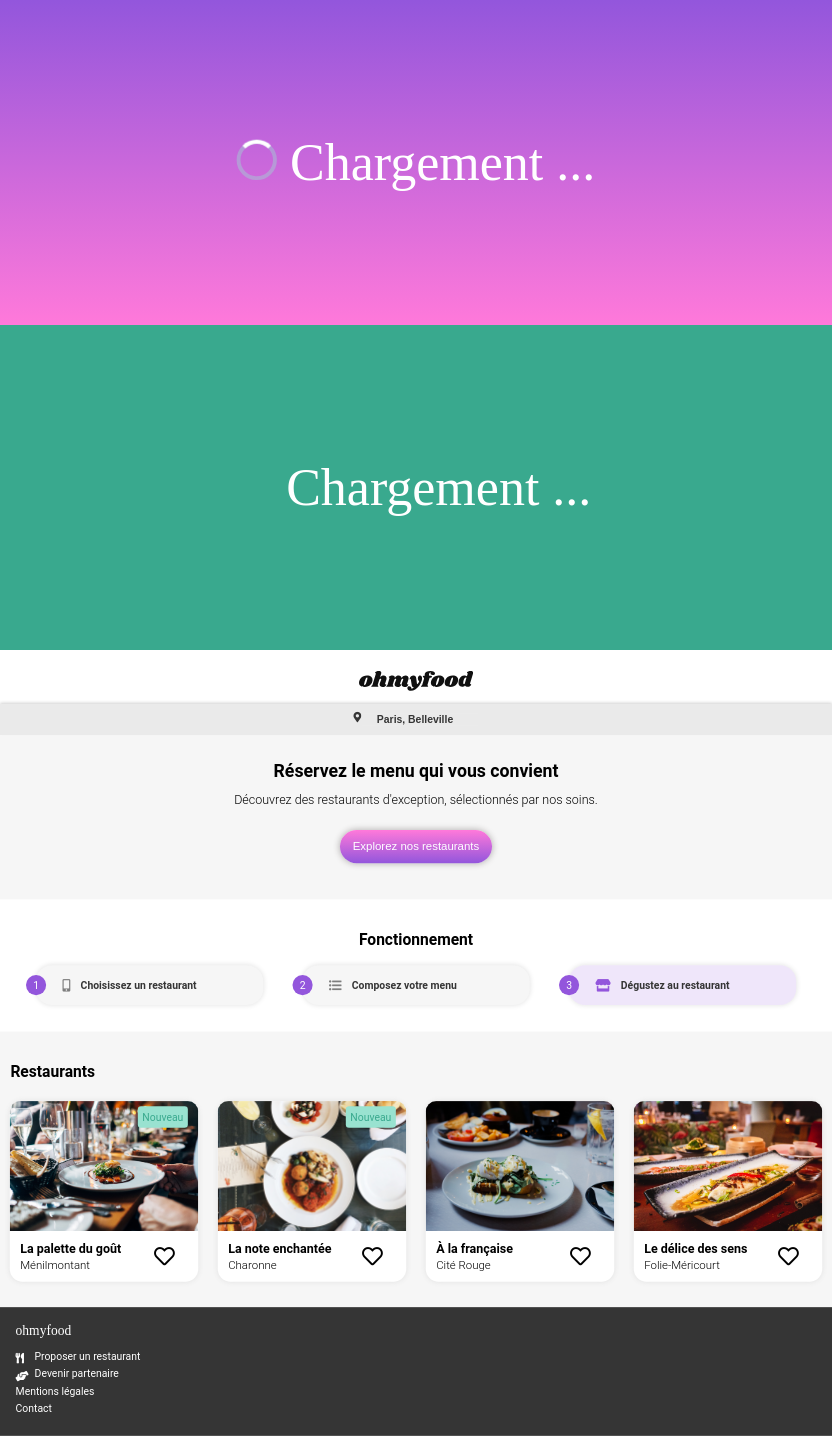
Repository: AlexisTisserand/AlexisTisserand_3_24112020
Page: index.html
The author's editor kept a copy of each file at every save. The page is drawn from the files as they stood at one save, then again after the next save.
The browser window is 1280 px wide. The pictures show the whole page, at 65% of full size.
Some web libraries are served in a nearby version. The style sheet was rebuilt from its Sass, Less or Tailwind sources for each picture, by a compiler version that may differ from the author's.

Above is the page before, as saved 2020-12-09 15:27:08.

### index.html
<!DOCTYPE html>
<html lang="fr">

<head>
    <meta charset="UTF-8"/>
    <meta name="viewport" content="width=device-width, initial-scale=1">
    <meta name="descritpion" content="Site internet ohmyfood, composez votre menu et réservez dans les meilleurs restaurants de Paris.">
    <meta name="author" content="Alexis Tisserand">
    <link rel="stylesheet" href="https://use.fontawesome.com/releases/v5.4.1/css/all.css" integrity="sha384-5sAR7xN1Nv6T6+dT2mhtzEpVJvfS3NScPQTrOxhwjIuvcA67KV2R5Jz6kr4abQsz" crossorigin="anonymous">
    <link rel="stylesheet" href="style.css"/>
    <title>ohmyfood - Accueil</title>
</head>

<!--bloc_page-->
<body>

<!--LOADING SPINNER-->
<section class="section">
    <span class="loader loader-quart"></span>
    Chargement ...
</section>
<section class="section section-2">
    <span class="loader loader-double"></span>
    Chargement ...
</section>



<div id="bloc-page">

<!--HEADER-->

<header>

    <div class="logo">
        <img src="images/logo/ohmyfood@2x.svg" alt="Logo ohmyfood"/>
    </div>
    <div class="search-bar">
        <div class="search-bar-button"><i class="fas fa-map-marker-alt"></i></div>
        <input type="search" class="search-bar-text-input" placeholder="Saisissez votre ville" value="Paris, Belleville">
    </div>
</header>

<section id="description-ohmyfood">
    <h2>Réservez le menu qui vous convient</h2>
    <h3>Découvrez des restaurants d'exception, sélectionnés par nos soins.</h3>
    <button class="description-ohmyfood-explorer" type="button">Explorez nos restaurants</button>
</section>

<section id="fonctionnement">
    <h2>Fonctionnement</h2>
    <nav>
        <ul class="fonctionnement-nav">
            <li class="fonctionnement-nav-etape ">
                <span>1</span>
                <i class="fas fa-mobile-alt"></i>
                <h4>Choisissez un restaurant</h4>
            </li>
            <li class="fonctionnement-nav-etape ">
                <span>2</span>
                <i class="fas fa-list-ul"></i>
                <h4>Composez votre menu</h4>
            </li>
            <li class="fonctionnement-nav-etape active">
                <span>3</span>
                <i class="fas fa-store"></i>
                <h4>Dégustez au restaurant</h4>
            </li>
        </ul>
    </nav>
</section>

<section id="restaurants">

        <h2>Restaurants</h2>

        <a href="menu-la-palette-du-gout.html" class="card-restaurant">
            <img class="card-restaurant-img" src="images/restaurants/la_palette_du_gout-min.jpg" alt="La Palette du Goût"/>
            <div class="card-restaurant-nouveau">Nouveau</div>
            <div class="card-restaurant-legende">
                <div class="card-restaurant-legende-text">
                    <h4>La palette du goût</h4>
                    <h5>Ménilmontant</h5>
                </div>
                <div class="card-restaurant-legende-heart">
                    <span class="fa-stack">
                        <i class="far fa-heart fa-stack-2x"></i>
                    </span>
                </div>
            </div>
        </a>

        <a href="menu-la-note-enchantee.html" class="card-restaurant">
            <img class="card-restaurant-img" src="images/restaurants/la_note_enchantee-min.jpg" alt="La Note Enchantée"/>
            <div class="card-restaurant-nouveau">Nouveau</div>
            <div class="card-restaurant-legende">
                <div class="card-restaurant-legende-text">
                    <h4>La note enchantée</h4>
                    <h5>Charonne</h5>
                </div>
                <div class="card-restaurant-legende-heart">
                    <span class="fa-stack">
                        <i class="far fa-heart fa-stack-2x"></i>
                    </span>
                </div>
            </div>
        </a>

        <a href="menu-a-la-francaise.html" class="card-restaurant">
            <img class="card-restaurant-img" src="images/restaurants/a_la_française-min.jpg" alt="À La Française"/>
            <div class="card-restaurant-legende">
                <div class="card-restaurant-legende-text">
                    <h4>À la française</h4>
                    <h5>Cité Rouge</h5>
                </div>
                <div class="card-restaurant-legende-heart">
                    <span class="fa-stack">
                        <i class="far fa-heart fa-stack-2x"></i>
                    </span>
                </div>
            </div>
        </a>

        <a href="menu-le-delice-des-sens.html" class="card-restaurant">
            <img class="card-restaurant-img" src="images/restaurants/le_delice_des_sens-min.jpg" alt="Le Délice Des Sens"/>
            <div class="card-restaurant-legende">
                <div class="card-restaurant-legende-text">
                    <h4>Le délice des sens</h4>
                    <h5>Folie-Méricourt</h5>
                </div>
                <div class="card-restaurant-legende-heart">
                    <span class="fa-stack">
                        <i class="far fa-heart fa-stack-2x"></i>
                    </span>
                </div>
            </div>
        </a>
</section>

</div>

<footer>
    <h2>ohmyfood</h2>
    <div class="footer-img-text">
        <i class="fas fa-utensils"></i>
        <a href="#"><h3>Proposer un restaurant</h3></a>
    </div>
    <div class="footer-img-text">
        <i class="fas fa-hands-helping"></i>
        <a href="#"><h3>Devenir partenaire</h3></a>
    </div>
    <a href="#"><h3>Mentions légales</h3></a>
    <a href="mailto:ohmyfood@outlook.com"><h3>Contact</h3></a>
</footer>


</body>
</html>

### sass/style.scss
/*COULEURS VARIABLES*/
$primary: #9356DC;
$secondary: #FF79DA;
$tertiary: #99E2D0;
$color-text: #353535;
$color-background: #f6f6f6;
$color-box-shadow :#e5e5e5;

/*VARIABLES TAILLE ET FONT FAMILY*/
$font-family: 'roboto', 'Raleway', 'Trebuchet MS', 'Lucida Sans Unicode', 'Lucida Grande', 'Lucida Sans', Arial, sans-serif;;
$size: 1rem;

/*Extensions*/
.box-shadow{
    box-shadow: 0px 0px 8px 1px $color-box-shadow;
    color: $color-text;
    border: none;
    border-radius: 25px;
    width: 350px;
    background-color: $color-background;
}

.margin-plats{
    margin: 0.5rem 0 0rem 0.9rem;
}

.cercle{
    background-color: $primary;
    color: white;
    padding: 8px;
    border-radius: 50px;
    margin-right: 25px;
    margin-left: -15px;
    width: 15px;
    height: 15px;
    text-align: center;
    align-content: center;
    font-size: $size;
    line-height: 15px;
    font-weight: light;
}

/*Loading spinner*/
.section{
    background: linear-gradient($primary, $secondary);
    height: 500px;
    line-height: 500px;
    text-align: center;
    color: white;
    font-size: 5rem;
    font-family: 'Shrikhand';
}
.section-2{
    background: #39a98e;
}
/*Loader simple*/
.loader{
    width: 50px;
    height: 50px;
    display: inline-block;
    position: relative;
    &-quart{
        border-radius: 50px;
        border: 6px solid rgba($color: $tertiary, $alpha: 0.4);
        &::after{
            content: "";
            position: absolute;
            top: -6px;
            left: -6px;
            bottom: -6px;
            right: -6px;
            border: 6px solid transparent;
            border-radius: 50px;
            border-top: 6px solid white ;
            animation: spin 1s linear infinite;
            -webkit-animation: spin 1s linear infinite;
        }
    }
}

/*loader cercle*/
.loader{
    &-circles{
        border-radius: 50px;
        border: 6px solid transparent;
        border-top-color: white ;
        animation: spin 1s linear infinite;
        -webkit-animation: spin 1s linear infinite;
}

}

/*KEYFRAMES*/

@keyframes spin{
    from{
        transform: rotate(0deg);
    }
    to{
        transform: rotate(360deg);;
    }
}

@keyframes fadein{
    from{
        opacity: 0.4;
    }
    to{
        opacity: 1;
    }
}

body{
    background-color: white;
    font-family: $font-family;
    margin: auto;
}

a{
    text-decoration: none;
    color: black;
}

#bloc-page{
    width: 100%;
    margin: auto;
    max-width: 2000px;
    min-width: 100px;
}

/*HEADER*/

header{
    text-align: center;
    .logo{
        margin-top: $size + 1rem;
        img{
            width: $size + 10rem;
        }
    }
}

.search-bar{
    display: flex;
    background-color: #EAEAEA;
    box-shadow: 0px -2px 5px 0px #CFCFCF;
    height: $size + 2rem;
    margin-top: 1rem;
    align-items: center;
    justify-content: center;
    .fas{
        font-size: $size;
        margin-bottom: 1rem;
    }
    .search-bar-button{
        color: $color-text;
        font-size: $size + 0.5rem;
    }
    .search-bar-text-input{
        outline: none;
        padding: 0;
        background-color: #EAEAEA;
        border: none;
        color: $color-text;
        font-size: $size;
        font-weight: bold;
        text-align: center;
        width: 180px;
    }
}

/*SECTION DESCRIPTION*/

#description-ohmyfood{
    display: flex;
    flex-direction: column;
    background-color: $color-background;
    align-items: center;
    text-align: center;
    h2{
        font-size: $size + 0.7rem ;
        padding: $size;
        margin-bottom: 0;
        margin-top: $size + 0.5rem;
    }
    h3{
        font-size: $size + 0.2rem ;
        font-weight: 300;
        margin-top: 0;
        padding: $size - 0.5rem, $size + 1rem ;
    }
    button{
        font-size: $size + 0.1rem;
        margin-top: $size;
        font-weight: normal;
        color: white;
        background: linear-gradient($secondary, $primary);
        position: relative;
        border: none;
        box-shadow: 0px 0px 10px 1px #b6b3b3;
        border-radius: 40px;
        padding: 15px 20px;
        margin-bottom: $size + 2.5rem;
        transition: transform ease-in-out 500ms, opacity ease-in-out 500ms, box-shadow ease-in-out 500ms ;
        &:hover{
            opacity: 0.7;
            box-shadow: 0px 0px 7px 3px #484B4C;
            transform: scale(1.1);
            cursor: pointer;

        }
        &:active{
            border-style: none;
        }
        &:focus{
            outline:none;
        }
    }
}

/*FONCTIONNEMENT*/

#fonctionnement{
    display: flex;
    align-items: center;
    flex-direction: column;
    background-color: white;
    h2{
        margin: 3*$size $size $size;
    }
    ul{
        padding: 10px;
        margin-top: - $size;
    }
}

.fonctionnement-nav{
    display: flex;
    flex-wrap: wrap;
    justify-content: space-around;
    &-etape{
        display: flex;
        flex-direction: row;
        align-items: center;
        margin: 15px 30px ;
        transition: background-color ease-in-out 200ms, box-shadow ease-in-out 200ms, transform ease-in-out 200ms;
        @extend .box-shadow;
        &:hover{
        background-color: rgba($color:$primary, $alpha: 0.15);
        transform: scale(1.01);
        cursor: pointer;
        &:hover .fas{
        color: $primary;
        }
    }
    span{
        @extend .cercle;
    }
    .fas{
        margin-right: 15px;
        color: #7e7e7e;
        font-size: $size + 0.2rem;
        margin-right: $size;
        }
    }
    &-etape.active{
        background-color: rgba($color:$primary, $alpha: 0.15);
        .fas{
            color: $primary;
        }
    }
}

/*RESTAURANTS*/

#restaurants{
    display: flex;
    flex-direction: column;
    background-color: $color-background;
    padding-bottom: $size + 0.5rem;
    h2{
        margin: 3*$size $size $size;
    }
}

.card-restaurant{
    display: flex;
    position: relative;
    z-index: 1;
    flex-direction: column;
    background-color: white;
    border-radius: 20px;
    box-shadow: 0px 0px 8px 1px $color-box-shadow;
    margin: 15px;
    box-sizing: border-box;
    transition: ease-in-out 200ms;
    &:hover{
        transform: scale(1.01);
    }
    img{
    height: 200px;
    position: relative;
    z-index: 1;
    object-fit: cover;
    width: 100%;
    border-radius: 1rem 1rem 0 0;
    }
    &-nouveau{
        background-color: $tertiary;
        color: #39a98e;
        position: absolute;
        top: 8px;
        right: 16px;
        padding: 7px;
        border-radius: 5px;
        z-index: 2;
    }
    &-legende{
        display: flex;
        flex-direction: row;
        justify-content: space-between;
        &-text{
            display: flex;
            flex-direction: column;
            margin-left: $size;
            h4{
                font-size: $size + 0.2rem;
                margin-top: $size;
                margin-bottom: 0;
            }
            h5{
                margin-top: 0.2 * $size;
                margin-bottom: $size;
                font-weight: 300;
                font-size: $size + 0.1rem;
            }
        }
        &-heart{
            align-self: center;
            margin-right: 2 * $size;
            .far{
                &:hover{
                font-weight: 900;
                background:-moz-linear-gradient(top, $primary 0%, $secondary 100%);
                background: -webkit-linear-gradient(top, $primary 0%, $secondary 100%);
                background: linear-gradient(to bottom, $primary 0%, $secondary 100%);
                -webkit-background-clip: text;
                -moz-background-clip: text;
                background-clip: text;
                -webkit-text-fill-color: transparent;
                transition: font-weight ease-in-out 0s ;
                animation: fadein 900ms;
                background-position: 0 100%;
                cursor: pointer;
                }
            }
        }
    }
}

/*FOOTER*/

footer{
    padding: $size + 0.5rem;
    background-color: $color-text;
    color: white;
    h2{
        font-family: 'Shrikhand';
        font-weight: normal;
        font-size: $size + 0.3rem;
        margin-top: 0;
    }
    h3{
        margin: 0;
        font-weight: 400;
        margin-bottom: 0.5 * $size;
        font-size: initial;
    }
    .footer-img-text{
        display: flex;
        flex-direction: row;
        align-items: center;
        .fas{
            margin-right: $size;
            &.fa-hands-helping{
                margin-right: 0.58* $size;
            }
        }
    }
    a{
        color: white;
    }
}

/*********************************************************/
/*MEDIA QUERIES ACCUEIL*/
/*********************************************************/

/*LARGE DEVICES*/
@media screen and (min-width: 1268px){

    #restaurants{
        display: grid;
        grid-template-columns: repeat(4, 1fr);
        grid-template-rows: auto auto auto ;
        margin-bottom: 0px;
    }   h2{
        grid-column: 1/-1;
    }
}

/*MEDIUM DEVICES*/
@media screen and (max-width: 1267px){

    .fonctionnement-nav{
        justify-content: center;
        &-etape{
            width: 100%;
        }
    }

    #restaurants{
        display: grid;
        grid-template-columns: repeat(2, 1fr);
        grid-template-rows: auto auto auto ;
        h2{
            grid-column: 1/-1;
        }
    }
}

/*SMALL DEVICES*/
@media screen and (max-width: 660px){
    .fonctionnement-nav-etape{
        width: 100%;
    }

    #restaurants{
        display: grid;
        grid-template-columns: 1fr;
        grid-template-rows: auto auto auto ;
        h2{
            grid-column: 1/-1;
        }
    }
}

/*********************************************************/
/*MENU*/
/*********************************************************/

header{
    a{
        position: absolute;
        left: $size;
        color: $color-text;
        font-size: $size + 0.3rem;
        transition: opacity 0.5s;

        &:hover{
            opacity: 0.5;
        }
    }
}

.restaurant-img{
    img{
        object-fit: cover;
        width: 100%;
        height: 300px;
        margin-top: $size;
        position: relative;
        z-index: 0;
    }
}

.restaurant-menu{
    background-color: $color-background;
    border-radius: 50px 50px 0 0;
    margin-top: - 3rem;
    position: relative;
    display: flex;
    z-index: 1;
    flex-direction: column;
    width: 100%;
    &--titre{
        display: flex;
        flex-direction: row;
        justify-content: center;
        align-items: center;
        margin-top: $size;
        h2{
            font-family: 'Shrikhand';
            font-size: $size + 1rem;
            margin-right: $size + 0.5rem;
            margin-left: $size;
        }
    }
    &-carte{
        display: flex;
        flex-direction: row;
        flex-wrap: wrap;
    }
    h3{
        font-weight: 300;
        font-size: $size + 0.1rem;
        margin-left: $size;
        border-bottom: $tertiary 3px solid;
        width: 45px;
        padding-bottom: 10px;
    }
    &--plats{
        display: grid;
        grid-template-columns: 2.3fr 0.3fr 0.3fr;
        grid-template-rows: repeat(2, 1fr);
        gap: 0px 0px;
        background-color: white;
        box-shadow: 0px 0px 8px 1px $color-box-shadow;
        color: $color-text;
        border: none;
        border-radius: 13px;
        margin: 0 $size $size $size;
        width: 100%;
        cursor: pointer;
        overflow: hidden;
        text-overflow: ellipsis;
        &:hover .fas {
            transform: rotate(360deg);
        }
        &:hover &--checkbox{
            transform: translateX(0%);
        }
        &:hover &--prix{
            margin-right: 30%;
        }
        &--name{
            grid-area: 1 / 1 / 2 / 3;
        }
        &--accompagnements{
            grid-area: 2 / 1 / 3 / 2;
            display: flex;
            flex-direction: row;
            align-content: center;
            justify-content: space-between;
            h5{
                font-weight: 300;
                margin: 0rem 0 0.5rem 0.9rem;
                font-size: 1rem;
            }
        }
        &--prix{
            grid-area: 2 / 2 / 3 / 4;
            transition: margin-right 1s;
            p{
                font-weight: bold;
                margin: 0 ;
                text-align: end;
                margin-right: $size;
            }
        }
        &--checkbox{
            background-color: $tertiary;
            grid-area: 1 / 3 / 3 / 4;
            border-radius: 0 13px 13px 0;
            text-align: center;
            transform: translateX(100%);
            transform-origin: 100% 50%;
            transition: transform 1s;

            .fas{
                font-size: xx-large;
                margin: $size;
                color: white;
                transition: transform 1s;
            }
        }
        h4{
        @extend .margin-plats;
        font-size: $size + 0.1rem;
        }
    }
    button{
        width: 200px;
        align-self: center;
        font-size: $size + 0.1rem;
        margin-top: 3 * $size;
        font-weight: normal;
        color: white;
        background: linear-gradient($secondary, $primary);
        position: relative;
        border: none;
        box-shadow: 0px 0px 10px 1px #b6b3b3;
        border-radius: 40px;
        padding: 15px 20px;
        margin-bottom: 4 * $size;
        transition: transform ease-in-out 500ms, opacity ease-in-out 500ms, box-shadow ease-in-out 500ms ;
        &:hover{
            opacity: 0.7;
            box-shadow: 0px 0px 7px 3px #484B4C;
            transform: scale(1.1);
            cursor: pointer;
        }
        &:active{
            border-style: none;
        }
        &:focus{
            outline:none;
        }
    }
}


/*********************************************************/
/*MEDIA QUERIES MENUS*/
/*********************************************************/

/*LARGE DEVICES*/
@media screen and (min-width:660px){
    .restaurant-menu--titre{
        justify-content: space-between;
    }

    .restaurant-menu--plats{
        width: 100%;
    }

}

/*MEDIUM DEVICES*/
@media screen and (max-width: 1267px){


}

/*SMALL DEVICES*/
@media screen and (max-width: 660px){


}

After the next save:
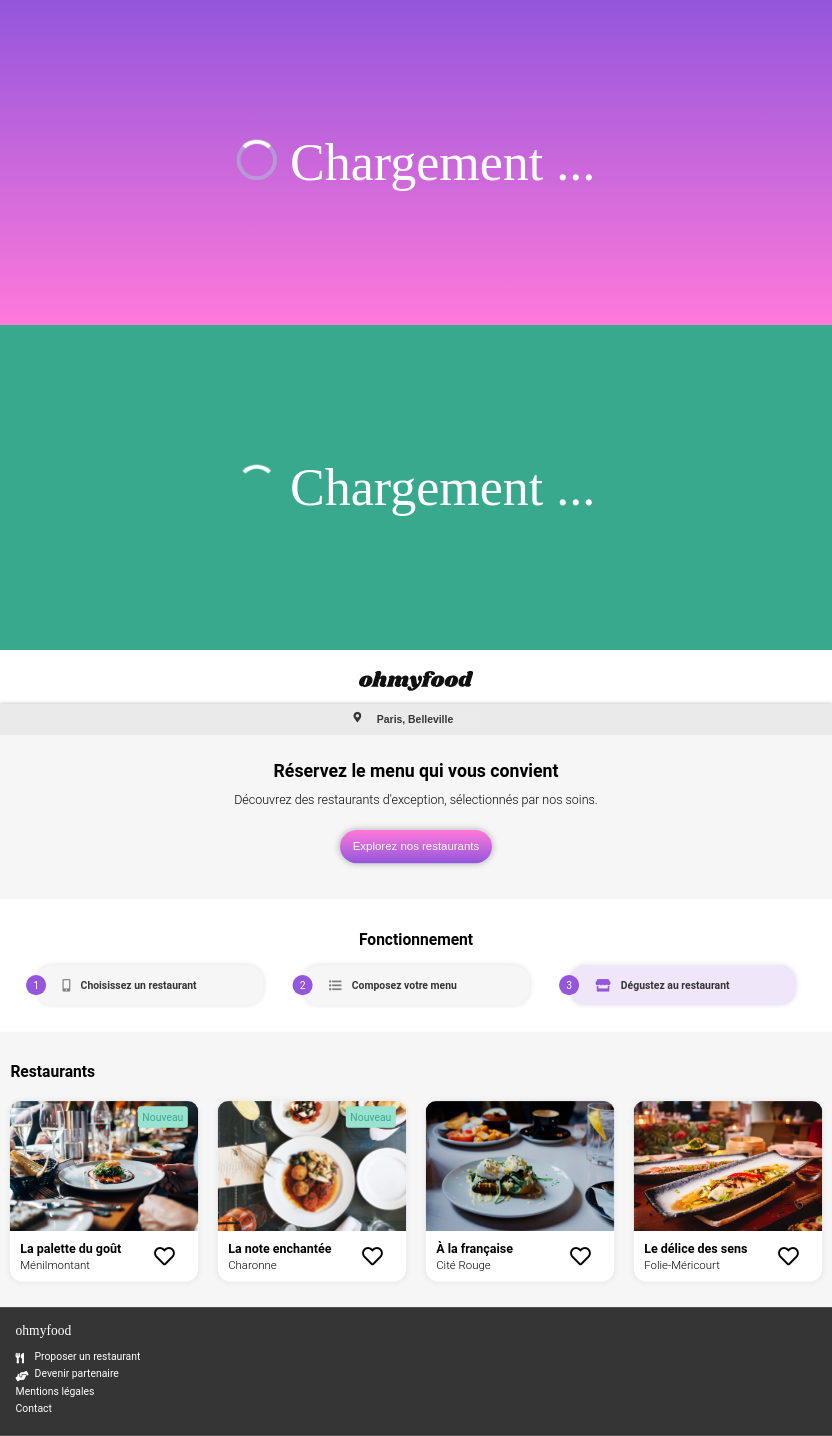
Saved 9 s later.
--- a/index.html
+++ b/index.html
@@ -20,7 +20,7 @@
     Chargement ...
 </section>
 <section class="section section-2">
-    <span class="loader loader-double"></span>
+    <span class="loader loader-circles"></span>
     Chargement ...
 </section>
 
